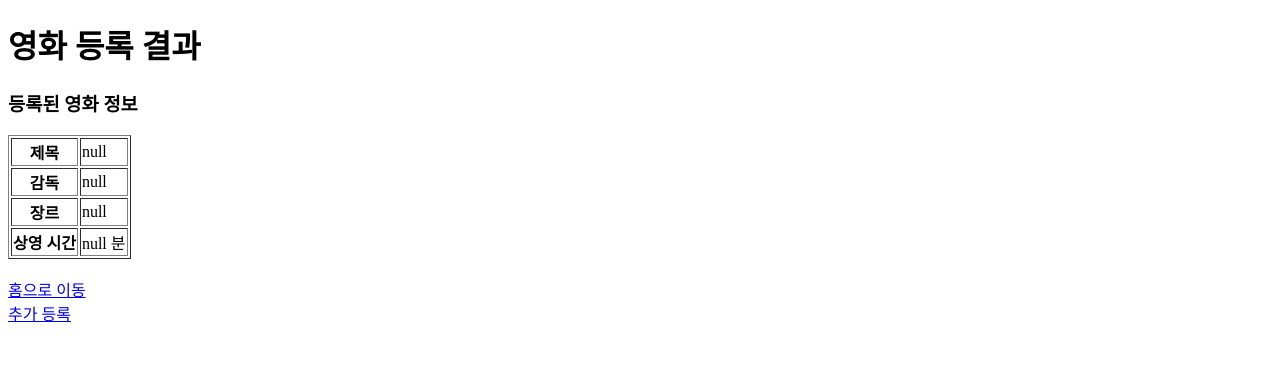
Repository: s00ngle/SSAFY-BE
Page: http://localhost/back_db_ws_01_2/regist_result.jsp
The author's editor kept a copy of each file at every save. The page is drawn from the files as they stood at one save, then again after the next save.
The browser window is 1280 px wide. The pictures show the whole page.
The page is served by Tomcat 10. The template is opened directly, without the code that normally fills it, so the values that code supplies are empty.

Above is the page before, as saved 2024-09-24 04:23:53.

After the next save:
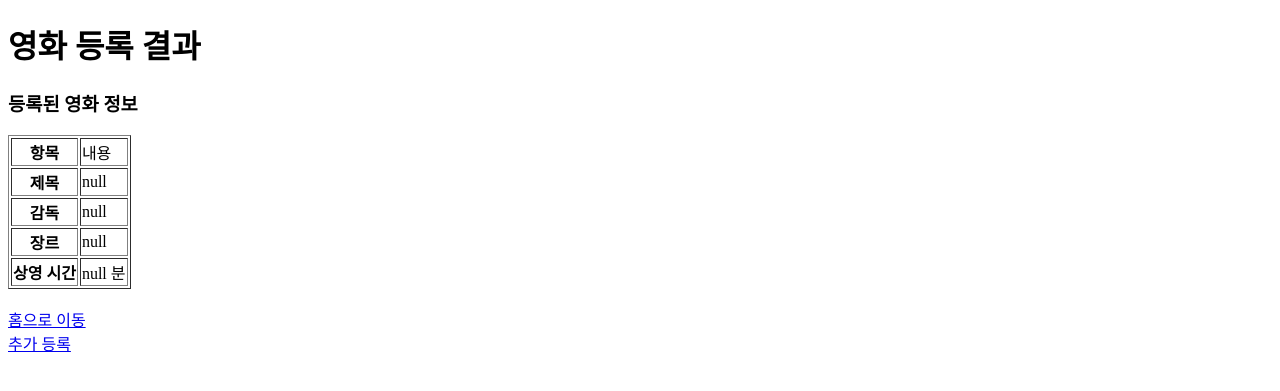
Saved 35 s later.
--- a/back_db_ws_01_2/src/main/webapp/regist_result.jsp
+++ b/back_db_ws_01_2/src/main/webapp/regist_result.jsp
@@ -9,6 +9,10 @@
     <h1>영화 등록 결과</h1>
     <h3>등록된 영화 정보</h3>
     <table border="1">
+    	<tr>
+    		<th>항목</th>
+    		<td>내용</td>
+    	</tr>
         <tr>
             <th>제목</th>
             <td><%= request.getAttribute("title") %></td>
